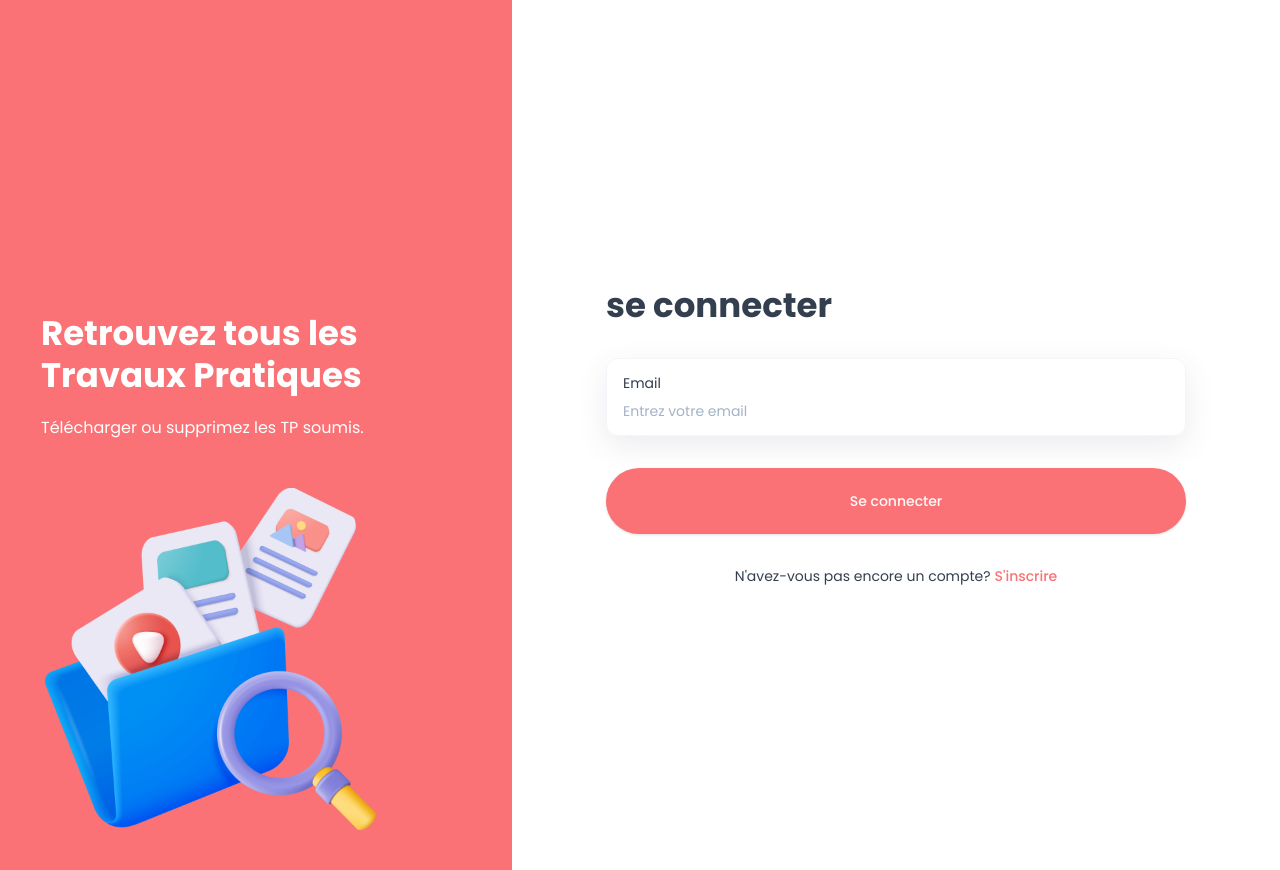
Repository: Tychiq/pigier_tp
Page: /sign-in
These files come from the project's save history. The page is drawn as it stood at one moment and after the next save; the edit follows.
The browser window is 1280 px wide. The pictures show the whole page.
The page's requests for data from a server got no answer. The project was rebuilt for these pictures with package versions that can differ from the ones it lists, and the page was loaded fresh each time. The framework's server and built-in components were replaced by stand-ins that run in the browser. No one was signed in, and anything a server would have sent is missing. Also part of the build but not shown: next.config.ts, components/ui/alert-dialog.tsx, components/ui/input-otp.tsx, components/OTPModal.tsx.

Above is the page before, as saved 2025-04-29 14:37:27.

### app/layout.tsx
import type { Metadata } from "next";
import { Poppins } from 'next/font/google'

import "./globals.css";

const poppins = Poppins({
    subsets: ['latin'],
    weight: ['100', '200', '300', '400', '500', '600', '700', '800', '900'],
    variable: '--font-poppins',
})

export const metadata: Metadata = {
  title: "PigierTP",
  description: "PigierTP - Tous les Travaux Pratiques.",
};

export default function RootLayout({
  children,
}: Readonly<{
  children: React.ReactNode;
}>) {
  return (
    <html lang="en">
      <body
        className={`${poppins.variable} font-poppins antialiased`}
      >
        {children}
      </body>
    </html>
  );
}

### app/(auth)/layout.tsx
import React from "react";
import Image from "next/image";

const Layout = ({ children }: { children: React.ReactNode }) => {
  return (
    <div className="flex min-h-screen">
      <section className="hidden w-1/2 items-center justify-center bg-brand p-10 lg:flex xl:w-2/5">
        <div className="flex max-h-[800px] max-w-[430px] flex-col justify-center space-y-12">
          <Image
            src="/assets/icons/logo-full.svg"
            alt="logo"
            width={224}
            height={82}
            className="h-auto"
          />

          <div className="space-y-5 text-white">
            <h1 className="h1">Retrouvez tous les Travaux Pratiques</h1>
            <p className="body-1">
              Télécharger ou supprimez les TP soumis.
            </p>
          </div>
          <Image
            src="/assets/images/files.png"
            alt="Files"
            width={342}
            height={342}
            className="transition-all hover:rotate-2 hover:scale-105"
          />
        </div>
      </section>

      <section className="flex flex-1 flex-col items-center bg-white p-4 py-10 lg:justify-center lg:p-10 lg:py-0">
        <div className="mb-16 lg:hidden">
          <Image
            src="/assets/icons/logo-full-brand.svg"
            alt="logo"
            width={224}
            height={82}
            className="h-auto w-[200px] lg:w-[250px]"
          />
        </div>

        {children}
      </section>
    </div>
  );
};

export default Layout;

### components/AuthForm.tsx
"use client";

import { z } from "zod";
import { zodResolver } from "@hookform/resolvers/zod";
import { useForm } from "react-hook-form";

import { Button } from "@/components/ui/button";
import {
  Form,
  FormControl,
  FormField,
  FormItem,
  FormLabel,
  FormMessage,
} from "@/components/ui/form";
import { Input } from "@/components/ui/input";
import { useState } from "react";
import Image from "next/image";
import Link from "next/link";
import { createAccount, signInUser } from "@/lib/actions/user.actions";
import OtpModal from "@/components/OTPModal";

type FormType = "sign-in" | "sign-up";

const authFormSchema = (formType: FormType) => {
  return z.object({
    email: z.string().email(),
    fullName:
      formType === "sign-up"
        ? z.string().min(2).max(50)
        : z.string().optional(),
  });
};

const AuthForm = ({ type }: { type: FormType }) => {
  const [isLoading, setIsLoading] = useState(false);
  const [errorMessage, setErrorMessage] = useState("");
  const [accountId, setAccountId] = useState(null);

  const formSchema = authFormSchema(type);
  const form = useForm<z.infer<typeof formSchema>>({
    resolver: zodResolver(formSchema),
    defaultValues: {
      fullName: "",
      email: "",
    },
  });

  const onSubmit = async (values: z.infer<typeof formSchema>) => {
    setIsLoading(true);
    setErrorMessage("");

    try {
      const user =
        type === "sign-up"
          ? await createAccount({
              fullName: values.fullName || "",
              email: values.email,
            })
          : await signInUser({ email: values.email });

      setAccountId(user.accountId);
    } catch {
      setErrorMessage("Echec lors de la création de compte. Réessayez encore.");
    } finally {
      setIsLoading(false);
    }
  };

  return (
    <>
      <Form {...form}>
        <form onSubmit={form.handleSubmit(onSubmit)} className="auth-form">
          <h1 className="form-title">
            {type === "sign-in" ? "se connecter" : "S'inscrire"}
          </h1>
          {type === "sign-up" && (
            <FormField
              control={form.control}
              name="fullName"
              render={({ field }) => (
                <FormItem>
                  <div className="shad-form-item">
                    <FormLabel className="shad-form-label">Nom Complet</FormLabel>

                    <FormControl>
                      <Input
                        placeholder="Entrez votre nom complet"
                        className="shad-input"
                        {...field}
                      />
                    </FormControl>
                  </div>

                  <FormMessage className="shad-form-message" />
                </FormItem>
              )}
            />
          )}

          <FormField
            control={form.control}
            name="email"
            render={({ field }) => (
              <FormItem>
                <div className="shad-form-item">
                  <FormLabel className="shad-form-label">Email</FormLabel>

                  <FormControl>
                    <Input
                      placeholder="Entrez votre email"
                      className="shad-input"
                      {...field}
                    />
                  </FormControl>
                </div>

                <FormMessage className="shad-form-message" />
              </FormItem>
            )}
          />

          <Button
            type="submit"
            className="form-submit-button"
            disabled={isLoading}
          >
            {type === "sign-in" ? "Se connecter" : "S'inscrire"}

            {isLoading && (
              <Image
                src="/assets/icons/loader.svg"
                alt="loader"
                width={24}
                height={24}
                className="ml-2 animate-spin"
              />
            )}
          </Button>

          {errorMessage && <p className="error-message">*{errorMessage}</p>}

          <div className="body-2 flex justify-center">
            <p className="text-light-100">
              {type === "sign-in"
                ? "N'avez-vous pas encore un compte?"
                : "Déja enregistré(e)?"}
            </p>
            <Link
              href={type === "sign-in" ? "/sign-up" : "/sign-in"}
              className="ml-1 font-medium text-brand"
            >
              {" "}
              {type === "sign-in" ? "S'inscrire" : "Se connecter"}
            </Link>
          </div>
        </form>
      </Form>

      {accountId && (
        <OtpModal email={form.getValues("email")} accountId={accountId} />
      )}
    </>
  );
};

export default AuthForm;

### components/ui/button.tsx
import * as React from "react"
import { Slot } from "@radix-ui/react-slot"
import { cva, type VariantProps } from "class-variance-authority"

import { cn } from "@/lib/utils"

const buttonVariants = cva(
  "inline-flex items-center justify-center gap-2 whitespace-nowrap rounded-md text-sm font-medium transition-colors focus-visible:outline-none focus-visible:ring-1 focus-visible:ring-ring disabled:pointer-events-none disabled:opacity-50 [&_svg]:pointer-events-none [&_svg]:size-4 [&_svg]:shrink-0",
  {
    variants: {
      variant: {
        default:
          "bg-primary text-primary-foreground shadow hover:bg-primary/90",
        destructive:
          "bg-destructive text-destructive-foreground shadow-sm hover:bg-destructive/90",
        outline:
          "border border-input bg-background shadow-sm hover:bg-accent hover:text-accent-foreground",
        secondary:
          "bg-secondary text-secondary-foreground shadow-sm hover:bg-secondary/80",
        ghost: "hover:bg-accent hover:text-accent-foreground",
        link: "text-primary underline-offset-4 hover:underline",
      },
      size: {
        default: "h-9 px-4 py-2",
        sm: "h-8 rounded-md px-3 text-xs",
        lg: "h-10 rounded-md px-8",
        icon: "h-9 w-9",
      },
    },
    defaultVariants: {
      variant: "default",
      size: "default",
    },
  }
)

export interface ButtonProps
  extends React.ButtonHTMLAttributes<HTMLButtonElement>,
    VariantProps<typeof buttonVariants> {
  asChild?: boolean
}

const Button = React.forwardRef<HTMLButtonElement, ButtonProps>(
  ({ className, variant, size, asChild = false, ...props }, ref) => {
    const Comp = asChild ? Slot : "button"
    return (
      <Comp
        className={cn(buttonVariants({ variant, size, className }))}
        ref={ref}
        {...props}
      />
    )
  }
)
Button.displayName = "Button"

export { Button, buttonVariants }

### components/ui/form.tsx
"use client"

import * as React from "react"
import * as LabelPrimitive from "@radix-ui/react-label"
import { Slot } from "@radix-ui/react-slot"
import {
  Controller,
  ControllerProps,
  FieldPath,
  FieldValues,
  FormProvider,
  useFormContext,
} from "react-hook-form"

import { cn } from "@/lib/utils"
import { Label } from "@/components/ui/label"

const Form = FormProvider

type FormFieldContextValue<
  TFieldValues extends FieldValues = FieldValues,
  TName extends FieldPath<TFieldValues> = FieldPath<TFieldValues>
> = {
  name: TName
}

const FormFieldContext = React.createContext<FormFieldContextValue>(
  {} as FormFieldContextValue
)

const FormField = <
  TFieldValues extends FieldValues = FieldValues,
  TName extends FieldPath<TFieldValues> = FieldPath<TFieldValues>
>({
  ...props
}: ControllerProps<TFieldValues, TName>) => {
  return (
    <FormFieldContext.Provider value={{ name: props.name }}>
      <Controller {...props} />
    </FormFieldContext.Provider>
  )
}

const useFormField = () => {
  const fieldContext = React.useContext(FormFieldContext)
  const itemContext = React.useContext(FormItemContext)
  const { getFieldState, formState } = useFormContext()

  const fieldState = getFieldState(fieldContext.name, formState)

  if (!fieldContext) {
    throw new Error("useFormField should be used within <FormField>")
  }

  const { id } = itemContext

  return {
    id,
    name: fieldContext.name,
    formItemId: `${id}-form-item`,
    formDescriptionId: `${id}-form-item-description`,
    formMessageId: `${id}-form-item-message`,
    ...fieldState,
  }
}

type FormItemContextValue = {
  id: string
}

const FormItemContext = React.createContext<FormItemContextValue>(
  {} as FormItemContextValue
)

const FormItem = React.forwardRef<
  HTMLDivElement,
  React.HTMLAttributes<HTMLDivElement>
>(({ className, ...props }, ref) => {
  const id = React.useId()

  return (
    <FormItemContext.Provider value={{ id }}>
      <div ref={ref} className={cn("space-y-2", className)} {...props} />
    </FormItemContext.Provider>
  )
})
FormItem.displayName = "FormItem"

const FormLabel = React.forwardRef<
  React.ElementRef<typeof LabelPrimitive.Root>,
  React.ComponentPropsWithoutRef<typeof LabelPrimitive.Root>
>(({ className, ...props }, ref) => {
  const { error, formItemId } = useFormField()

  return (
    <Label
      ref={ref}
      className={cn(error && "text-destructive", className)}
      htmlFor={formItemId}
      {...props}
    />
  )
})
FormLabel.displayName = "FormLabel"

const FormControl = React.forwardRef<
  React.ElementRef<typeof Slot>,
  React.ComponentPropsWithoutRef<typeof Slot>
>(({ ...props }, ref) => {
  const { error, formItemId, formDescriptionId, formMessageId } = useFormField()

  return (
    <Slot
      ref={ref}
      id={formItemId}
      aria-describedby={
        !error
          ? `${formDescriptionId}`
          : `${formDescriptionId} ${formMessageId}`
      }
      aria-invalid={!!error}
      {...props}
    />
  )
})
FormControl.displayName = "FormControl"

const FormDescription = React.forwardRef<
  HTMLParagraphElement,
  React.HTMLAttributes<HTMLParagraphElement>
>(({ className, ...props }, ref) => {
  const { formDescriptionId } = useFormField()

  return (
    <p
      ref={ref}
      id={formDescriptionId}
      className={cn("text-[0.8rem] text-muted-foreground", className)}
      {...props}
    />
  )
})
FormDescription.displayName = "FormDescription"

const FormMessage = React.forwardRef<
  HTMLParagraphElement,
  React.HTMLAttributes<HTMLParagraphElement>
>(({ className, children, ...props }, ref) => {
  const { error, formMessageId } = useFormField()
  const body = error ? String(error?.message) : children

  if (!body) {
    return null
  }

  return (
    <p
      ref={ref}
      id={formMessageId}
      className={cn("text-[0.8rem] font-medium text-destructive", className)}
      {...props}
    >
      {body}
    </p>
  )
})
FormMessage.displayName = "FormMessage"

export {
  useFormField,
  Form,
  FormItem,
  FormLabel,
  FormControl,
  FormDescription,
  FormMessage,
  FormField,
}

### components/ui/input.tsx
import * as React from "react"

import { cn } from "@/lib/utils"

export interface InputProps
  extends React.InputHTMLAttributes<HTMLInputElement> {}

const Input = React.forwardRef<HTMLInputElement, InputProps>(
  ({ className, type, ...props }, ref) => {
    return (
      <input
        type={type}
        className={cn(
          "flex h-9 w-full rounded-md border border-input bg-transparent px-3 py-1 text-sm shadow-sm transition-colors file:border-0 file:bg-transparent file:text-sm file:font-medium file:text-foreground placeholder:text-muted-foreground focus-visible:outline-none focus-visible:ring-1 focus-visible:ring-ring disabled:cursor-not-allowed disabled:opacity-50",
          className
        )}
        ref={ref}
        {...props}
      />
    )
  }
)
Input.displayName = "Input"

export { Input }

### lib/actions/user.actions.ts
"use server";

import { createAdminClient, createSessionClient } from "@/lib/appwrite";
import { appwriteConfig } from "@/lib/appwrite/config";
import { Query, ID } from "node-appwrite";
import { parseStringify } from "@/lib/utils";
import { cookies } from "next/headers";
import { avatarPlaceholderUrl } from "@/constants";
import { redirect } from "next/navigation";

const getUserByEmail = async (email: string) => {
  const { databases } = await createAdminClient();

  const result = await databases.listDocuments(
    appwriteConfig.databaseId,
    appwriteConfig.usersCollectionId,
    [Query.equal("email", [email])],
  );

  return result.total > 0 ? result.documents[0] : null;
};

const handleError = (error: unknown, message: string) => {
  console.log(error, message);
  throw error;
};

export const sendEmailOTP = async ({ email }: { email: string }) => {
  const { account } = await createAdminClient();

  try {
    const session = await account.createEmailToken(ID.unique(), email);

    return session.userId;
  } catch (error) {
    handleError(error, "Erreur lors de l'envoi de l'OTP");
  }
};

export const createAccount = async ({
  fullName,
  email,
}: {
  fullName: string;
  email: string;
}) => {
  const existingUser = await getUserByEmail(email);

  const accountId = await sendEmailOTP({ email });
  if (!accountId) throw new Error("Erreur lors de l'envoi de l'OTP");

  if (!existingUser) {
    const { databases } = await createAdminClient();

    await databases.createDocument(
      appwriteConfig.databaseId,
      appwriteConfig.usersCollectionId,
      ID.unique(),
      {
        fullName,
        email,
        avatar: avatarPlaceholderUrl,
        accountId,
      },
    );
  }

  return parseStringify({ accountId });
};

export const verifySecret = async ({
  accountId,
  password,
}: {
  accountId: string;
  password: string;
}) => {
  try {
    const { account } = await createAdminClient();

    const session = await account.createSession(accountId, password);

    (await cookies()).set("appwrite-session", session.secret, {
      path: "/",
      httpOnly: true,
      sameSite: "strict",
      secure: true,
    });

    return parseStringify({ sessionId: session.$id });
  } catch (error) {
    handleError(error, "Echec de vérification de l'OTP");
  }
};

export const getCurrentUser = async () => {
  try {
    const { databases, account } = await createSessionClient();

    const result = await account.get();

    const user = await databases.listDocuments(
      appwriteConfig.databaseId,
      appwriteConfig.usersCollectionId,
      [Query.equal("accountId", result.$id)],
    );

    if (user.total <= 0) return null;

    return parseStringify(user.documents[0]);
  } catch (error) {
    console.log(error);
  }
};

export const signOutUser = async () => {
  const { account } = await createSessionClient();

  try {
    await account.deleteSession("current");
    (await cookies()).delete("appwrite-session");
  } catch (error) {
    handleError(error, "Echec lors de la déconnexion");
  } finally {
    redirect("/sign-in");
  }
};

export const signInUser = async ({ email }: { email: string }) => {
  try {
    const existingUser = await getUserByEmail(email);

    // User exists, send OTP
    if (existingUser) {
      await sendEmailOTP({ email });
      return parseStringify({ accountId: existingUser.accountId });
    }

    return parseStringify({ accountId: null, error: "Utilisateur non identifié(e)" });
  } catch (error) {
    handleError(error, "Erreur lors de l'enregistrement de l'utilisateur");
  }
};

### components/ui/label.tsx
"use client"

import * as React from "react"
import * as LabelPrimitive from "@radix-ui/react-label"
import { cva, type VariantProps } from "class-variance-authority"

import { cn } from "@/lib/utils"

const labelVariants = cva(
  "text-sm font-medium leading-none peer-disabled:cursor-not-allowed peer-disabled:opacity-70"
)

const Label = React.forwardRef<
  React.ElementRef<typeof LabelPrimitive.Root>,
  React.ComponentPropsWithoutRef<typeof LabelPrimitive.Root> &
    VariantProps<typeof labelVariants>
>(({ className, ...props }, ref) => (
  <LabelPrimitive.Root
    ref={ref}
    className={cn(labelVariants(), className)}
    {...props}
  />
))
Label.displayName = LabelPrimitive.Root.displayName

export { Label }

### constants/index.ts
export const navItems = [
  {
    name: "Dashboard",
    icon: "/assets/icons/dashboard.svg",
    url: "/",
  },
  {
    name: "Documents",
    icon: "/assets/icons/documents.svg",
    url: "/documents",
  },
  {
    name: "Images",
    icon: "/assets/icons/images.svg",
    url: "/images",
  },
  {
    name: "Médias",
    icon: "/assets/icons/video.svg",
    url: "/media",
  },
  {
    name: "Autres",
    icon: "/assets/icons/others.svg",
    url: "/others",
  },
];

export const actionsDropdownItems = [
  {
    label: "Rename",
    icon: "/assets/icons/edit.svg",
    value: "rename",
  },
  {
    label: "Details",
    icon: "/assets/icons/info.svg",
    value: "details",
  },
  {
    label: "Share",
    icon: "/assets/icons/share.svg",
    value: "share",
  },
  {
    label: "Download",
    icon: "/assets/icons/download.svg",
    value: "download",
  },
  {
    label: "Delete",
    icon: "/assets/icons/delete.svg",
    value: "delete",
  },
];

export const sortTypes = [
  {
    label: "Date created (newest)",
    value: "$createdAt-desc",
  },
  {
    label: "Created Date (oldest)",
    value: "$createdAt-asc",
  },
  {
    label: "Name (A-Z)",
    value: "name-asc",
  },
  {
    label: "Name (Z-A)",
    value: "name-desc",
  },
  {
    label: "Size (Highest)",
    value: "size-desc",
  },
  {
    label: "Size (Lowest)",
    value: "size-asc",
  },
];

export const avatarPlaceholderUrl =
  "https://img.freepik.com/free-psd/3d-illustration-person-with-sunglasses_23-2149436188.jpg";

export const MAX_FILE_SIZE = 50 * 1024 * 1024; // 50MB

### tailwind.config.ts
import type { Config } from "tailwindcss";

const config: Config = {
  darkMode: ["class"],
  content: [
    "./pages/**/*.{js,ts,jsx,tsx,mdx}",
    "./components/**/*.{js,ts,jsx,tsx,mdx}",
    "./app/**/*.{js,ts,jsx,tsx,mdx}",
  ],
  theme: {
  	extend: {
  		colors: {
  			brand: {
  				'100': '#EA6365',
  				DEFAULT: '#FA7275'
  			},
  			red: '#FF7474',
  			error: '#b80000',
  			green: '#3DD9B3',
  			blue: '#56B8FF',
  			pink: '#EEA8FD',
  			orange: '#F9AB72',
  			light: {
  				'100': '#333F4E',
  				'200': '#A3B2C7',
  				'300': '#F2F5F9',
  				'400': '#F2F4F8'
  			},
  			dark: {
  				'100': '#04050C',
  				'200': '#131524'
  			},
  			background: 'hsl(var(--background))',
  			foreground: 'hsl(var(--foreground))',
  			card: {
  				DEFAULT: 'hsl(var(--card))',
  				foreground: 'hsl(var(--card-foreground))'
  			},
  			popover: {
  				DEFAULT: 'hsl(var(--popover))',
  				foreground: 'hsl(var(--popover-foreground))'
  			},
  			primary: {
  				DEFAULT: 'hsl(var(--primary))',
  				foreground: 'hsl(var(--primary-foreground))'
  			},
  			secondary: {
  				DEFAULT: 'hsl(var(--secondary))',
  				foreground: 'hsl(var(--secondary-foreground))'
  			},
  			muted: {
  				DEFAULT: 'hsl(var(--muted))',
  				foreground: 'hsl(var(--muted-foreground))'
  			},
  			accent: {
  				DEFAULT: 'hsl(var(--accent))',
  				foreground: 'hsl(var(--accent-foreground))'
  			},
  			destructive: {
  				DEFAULT: 'hsl(var(--destructive))',
  				foreground: 'hsl(var(--destructive-foreground))'
  			},
  			border: 'hsl(var(--border))',
  			input: 'hsl(var(--input))',
  			ring: 'hsl(var(--ring))',
  			chart: {
  				'1': 'hsl(var(--chart-1))',
  				'2': 'hsl(var(--chart-2))',
  				'3': 'hsl(var(--chart-3))',
  				'4': 'hsl(var(--chart-4))',
  				'5': 'hsl(var(--chart-5))'
  			}
  		},
  		fontFamily: {
  			poppins: ["var(--font-poppins)"]
  		},
  		boxShadow: {
  			'drop-1': '0px 10px 30px 0px rgba(66, 71, 97, 0.1)',
  			'drop-2': '0 8px 30px 0 rgba(65, 89, 214, 0.3)',
  			'drop-3': '0 8px 30px 0 rgba(65, 89, 214, 0.1)'
  		},
  		borderRadius: {
  			lg: 'var(--radius)',
  			md: 'calc(var(--radius) - 2px)',
  			sm: 'calc(var(--radius) - 4px)'
  		},
  		keyframes: {
  			'caret-blink': {
  				'0%,70%,100%': {
  					opacity: '1'
  				},
  				'20%,50%': {
  					opacity: '0'
  				}
  			}
  		},
  		animation: {
  			'caret-blink': 'caret-blink 1.25s ease-out infinite'
  		}
  	}
  },
  // eslint-disable-next-line @typescript-eslint/no-require-imports
  plugins: [require("tailwindcss-animate")],
};
export default config;

Loaded but not shown: app/(auth)/sign-in/page.tsx (common file); app/globals.css (common file); lib/appwrite/index.ts (common file); lib/appwrite/config.ts (common file); lib/utils.ts (236 lines, source omitted)

After the next save:
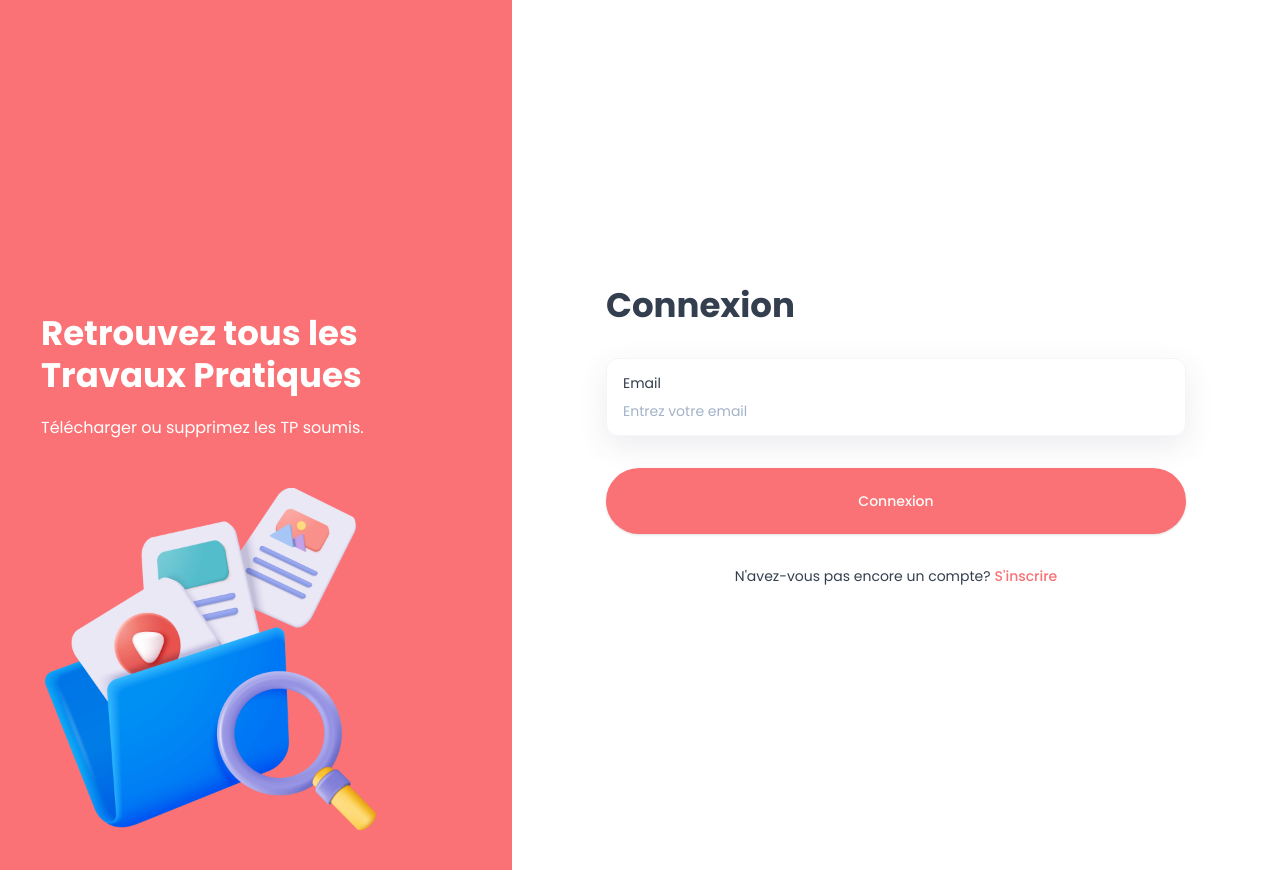
Saved 59 s later.
--- a/components/AuthForm.tsx
+++ b/components/AuthForm.tsx
@@ -72,7 +72,7 @@ const AuthForm = ({ type }: { type: FormType }) => {
       <Form {...form}>
         <form onSubmit={form.handleSubmit(onSubmit)} className="auth-form">
           <h1 className="form-title">
-            {type === "sign-in" ? "se connecter" : "S'inscrire"}
+            {type === "sign-in" ? "Connexion" : "S'inscrire"}
           </h1>
           {type === "sign-up" && (
             <FormField
@@ -125,7 +125,7 @@ const AuthForm = ({ type }: { type: FormType }) => {
             className="form-submit-button"
             disabled={isLoading}
           >
-            {type === "sign-in" ? "Se connecter" : "S'inscrire"}
+            {type === "sign-in" ? "Connexion" : "S'inscrire"}
 
             {isLoading && (
               <Image
@@ -151,7 +151,7 @@ const AuthForm = ({ type }: { type: FormType }) => {
               className="ml-1 font-medium text-brand"
             >
               {" "}
-              {type === "sign-in" ? "S'inscrire" : "Se connecter"}
+              {type === "sign-in" ? "S'inscrire" : "Connexion"}
             </Link>
           </div>
         </form>
